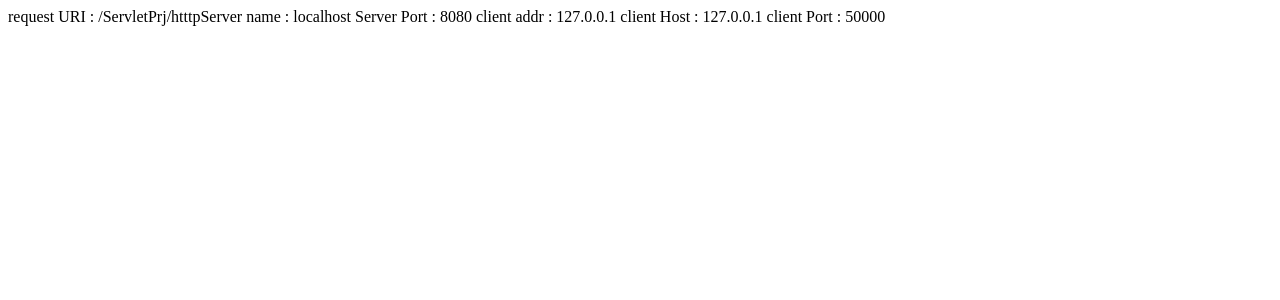
Repository: alsals126/servlet_study_2021
Page: http://localhost/ServletPrj/htttp
These files come from the project's save history. The page is drawn as it stood at one moment and after the next save; the edit follows.
The browser window is 1280 px wide. The pictures show the whole page.
The page is served by Tomcat 9.

Above is the page before, as saved 2021-05-11 00:12:27.

After the next save:
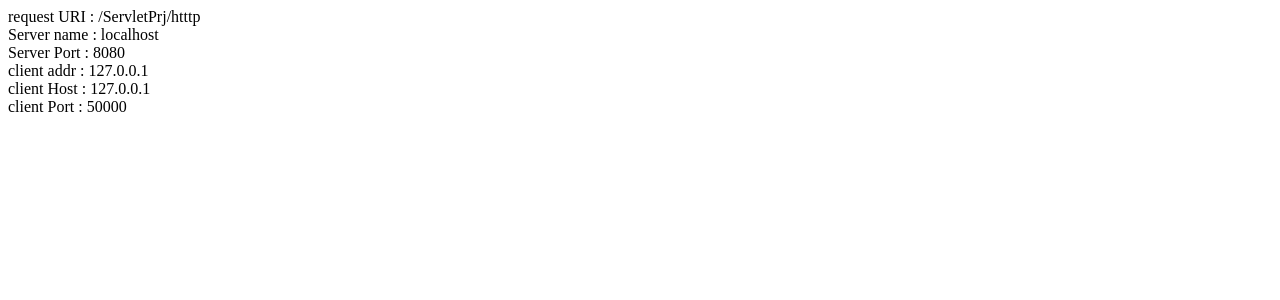
Saved 55 s later.
--- a/ServletPrj/src/kr/hs/servlet/FifthServlet.java
+++ b/ServletPrj/src/kr/hs/servlet/FifthServlet.java
@@ -21,12 +21,12 @@ public class FifthServlet extends HttpServlet{
 		PrintWriter out = res.getWriter(); // 출력 객체 만들어야함
 		out.print("<html><head><title>요청방식과 프로토콜</title></head><body>");
 
-		out.print("request URI : " + req.getRequestURI());
-		out.println("Server name : " + req.getServerName());
-		out.println("Server Port : " + req.getServerPort());
-		out.println("client addr : " + req.getRemoteAddr());
-		out.println("client Host : " + req.getRemoteHost());
-		out.println("client Port : " + req.getRemotePort());
+		out.print("request URI : " + req.getRequestURI() + "<br>");
+		out.print("Server name : " + req.getServerName() + "<br>");
+		out.print("Server Port : " + req.getServerPort() + "<br>");
+		out.print("client addr : " + req.getRemoteAddr() + "<br>");
+		out.print("client Host : " + req.getRemoteHost() + "<br>");
+		out.print("client Port : " + req.getRemotePort() + "<br>");
 
 		out.print("</body></html>");
 	}
